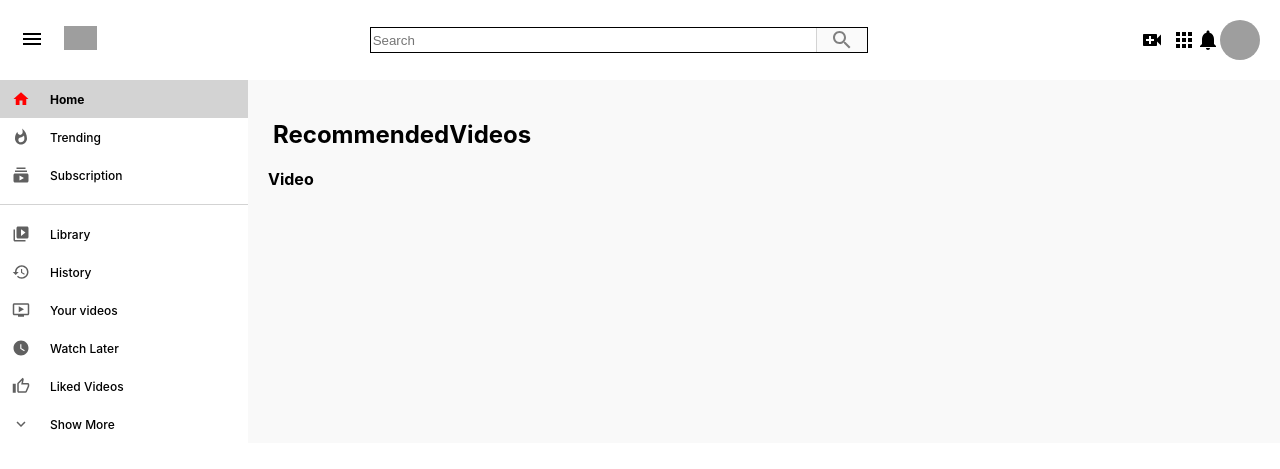
Repository: SubhashiniSundaresan/youtube-clone
Page: /
These files come from the project's save history. The page is drawn as it stood at one moment and after the next save; the edit follows.
The browser window is 1280 px wide. The pictures show the whole page.
Pictures or frames that could not be fetched are drawn as grey boxes. The project was rebuilt for these pictures with package versions that can differ from the ones it lists, and the page was loaded fresh each time.

Above is the page before, as saved 2020-12-24 12:35:06.

### src/App.js
import "./App.css";
import Header from "./Header";
import RecommendedVideos from "./RecommendedVideos";
import Sidebar from "./Sidebar";

function App() {
  return (
    <div className='app'>
      <Header />
      <div className='app__page'>
        <Sidebar />
        <RecommendedVideos />
      </div>
    </div>
  );
}

export default App;

### src/App.css
.app__page {
    display: flex;

}

### src/Header.js
import React from "react";
import MenuIcon from "@material-ui/icons/Menu";
import SearchIcon from "@material-ui/icons/Menu";
import { Apps, Notifications, Search, VideoCall } from "@material-ui/icons";
import { Avatar } from "@material-ui/core";
import "./Header.css";
function Header() {
  return (
    <div className='header'>
      <div className='header__left'>
        <MenuIcon />
        <img
          className='header__logo'
          src='https://upload.wikimedia.org/wikipedia/commons/thumb/a/af/Youtube.png/320px-Youtube.png'
          alt=''></img>
      </div>

      <div className='header__input'>
        <input placeholder='Search' type='text'></input>
        <Search className='header__inputButton' />
      </div>
      <div className='header__icons'>
        <VideoCall className='header__icon' />
        <Apps />
        <Notifications />
        <Avatar
          alt='subhashini'
          src='https://yt3.ggpht.com/yti/ANoDKi4bv7sfd1_sBv-rZAj3JLY49-VUpVyAS2WmagLTqA=s108-c-k-c0x00ffffff-no-rj'
        />
      </div>
    </div>
  );
}

export default Header;

### src/RecommendedVideos.js
import React from "react";
import "./RecommendedVideos.css";
import VideoCard from "./VideoCard";

function RecommendedVideos() {
  return (
    <div className='recommendedVideos'>
      <h2>RecommendedVideos</h2>
      <div className='recommendedVideos__videos'>
        <VideoCard />
      </div>
    </div>
  );
}

export default RecommendedVideos;

### src/Sidebar.js
import { Link } from "@material-ui/core";
import {
  ExpandMoreOutlined,
  History,
  Home,
  OndemandVideo,
  Subscriptions,
  ThumbUpAltOutlined,
  VideoLibrary,
  WatchLater,
  Whatshot,
} from "@material-ui/icons";
import React from "react";
import "./Sidebar.css";
import SidebarRow from "./SidebarRow";

function Sidebar() {
  var sidebarLinks = [
    { icon: VideoLibrary, title: "Library" },
    { icon: History, title: "History" },
    { icon: OndemandVideo, title: "Your videos" },
    { icon: WatchLater, title: "Watch Later" },
    { icon: ThumbUpAltOutlined, title: "Liked Videos" },
    { icon: ExpandMoreOutlined, title: "Show More" },
  ];
  const listItems = sidebarLinks.map((link) => (
    <SidebarRow Icon={link.icon} title={link.title} />
  ));
  return (
    <div className='sidebar'>
      <SidebarRow selected Icon={Home} title='Home' />
      <SidebarRow Icon={Whatshot} title='Trending' />
      <SidebarRow Icon={Subscriptions} title='Subscription' />
      <hr />
      {listItems}
    </div>
  );
}

export default Sidebar;

### src/Header.css
.header {
    display: flex;
align-items: center;
justify-content: space-between;
padding: 20px;
position: sticky;
top: 0;
z-index:100;
background-color: white;
}

.header__logo {
    height: 25px;
    object-fit: contain;
    margin-left: 20px;

}

.header__icons {
    display: flex;
align-items: center;


}

.header__input {
    display: flex;
align-items: center;
border: 1px solid black;
width: 40%;
}


.header__inputButton {
    width: 50px !important;
    background-color: #fafafa;
    border-left: 1px solid lightgray;
    color: gray;
}

.header__input > input {
    flex:1;
    border: none;
}

.header__icon {
    margin-right: 8px;
}

### src/RecommendedVideos.css
.recommendedVideos {
    flex: 0.8;
    background-color: #f9f9f9;
    padding: 40px 20px;
    padding-bottom: 0;
}

.recommendedVideos > h2 {
    margin-left: 5px;
    margin-bottom: 20px;
}

### src/VideoCard.js
import React from "react";

function VideoCard({ image, title, channel, views, timestamp }) {
  return (
    <div>
      <h4>Video</h4>
    </div>
  );
}

export default VideoCard;

### src/Sidebar.css
.sidebar {
    flex: 0.2;
}

.sidebar > hr {
    height: 1px;
    border: 0;
    background-color: lightgray;
    margin-top: 10px;
    margin-top: 10px;
    margin-bottom: 10px;
}

### src/SidebarRow.js
import React from "react";
import "./SideBarRow.css";
function SidebarRow({ selected, Icon, title }) {
  return (
    <div className={`sidebarRow ${selected && "selected"}`}>
      <Icon className='sidebarRow__icon' />
      <h2 className='sidebarRow__title'>{title}</h2>
    </div>
  );
}

export default SidebarRow;

### src/SideBarRow.css
.sidebarRow {
    display: flex;
    align-items: center;
    padding: 10px 12px;
}

.sidebarRow__icon {
color: #606060;
font-size: large !important;

}

.sidebarRow__title {
    flex: 1;
    margin-left: 20px;
    font-size: 12px;
    font-weight: 500;
}

.sidebarRow:hover {
background-color: lightgray;
cursor: pointer;
}

.sidebarRow:hover > .sidebarRow__icon{
    color: red;
    }

    .sidebarRow:hover > .sidebarRow__title{
        font-weight: bold;

        }

        .sidebarRow.selected >.sidebarRow__icon {
            color: red;
        }

         .sidebarRow.selected >.sidebarRow__title {
             font-weight: bold;

         }

                  .sidebarRow.selected {
                      background-color: lightgray;

                  }

Loaded but not shown: public/index.html (common file); src/index.js (common file); src/index.css (common file); src/reportWebVitals.js (common file)

After the next save:
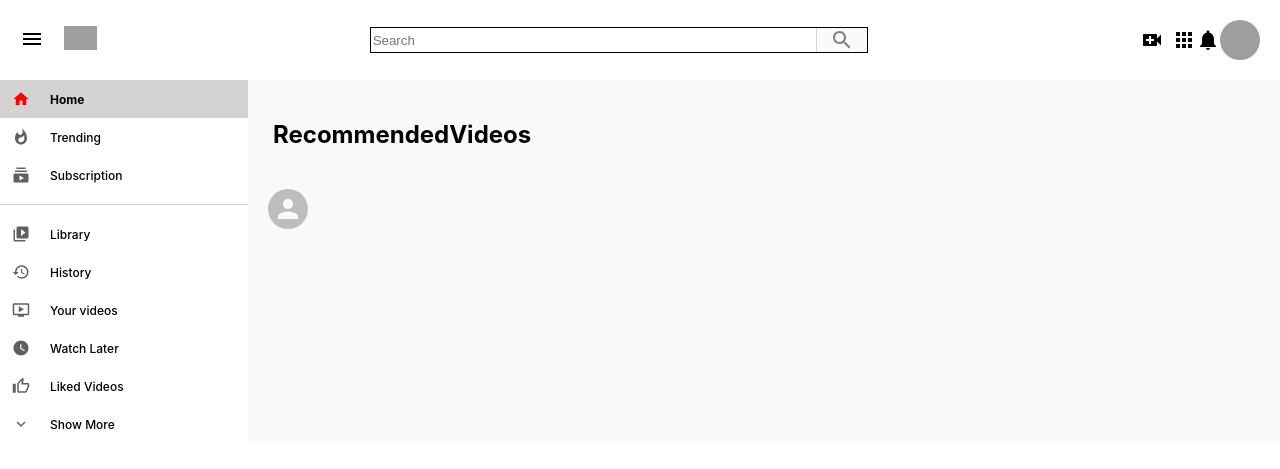
Saved 2 min 41 s later.
--- a/src/VideoCard.js
+++ b/src/VideoCard.js
@@ -1,9 +1,13 @@
+import { Avatar } from "@material-ui/core";
 import React from "react";
 
 function VideoCard({ image, title, channel, views, timestamp }) {
   return (
-    <div>
-      <h4>Video</h4>
+    <div className='videoCard'>
+      <img src={image} alt=''></img>
+      <div className='videoCard__info'>
+        <Avatar className='videoCard__avatar' alt={channel}></Avatar>
+      </div>
     </div>
   );
 }
